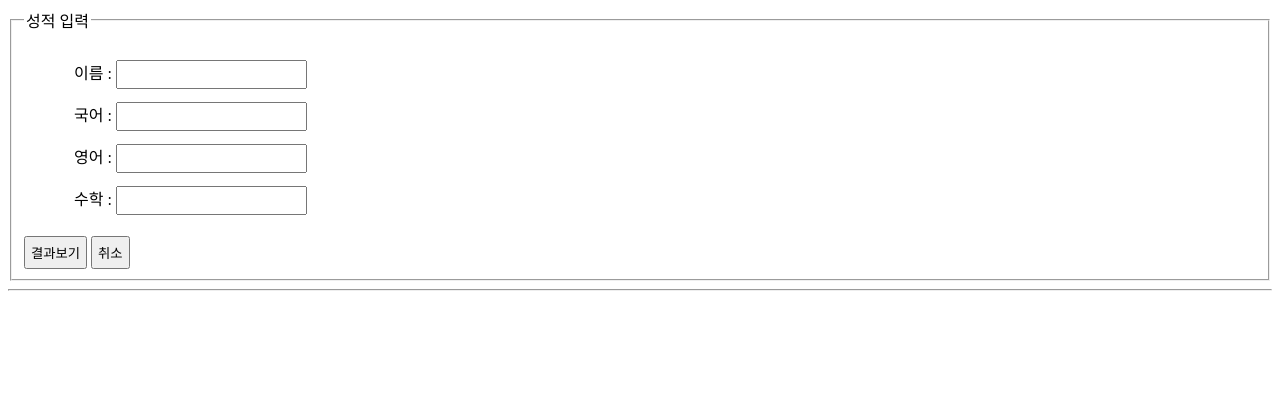
Repository: hagjun/jspstudy
Page: http://localhost/01_servlet/view/ex14.jsp
These files come from the project's save history. The page is drawn as it stood at one moment and after the next save; the edit follows.
The browser window is 1280 px wide. The pictures show the whole page.
The page is served by Tomcat 9.

Above is the page before, as saved 2024-03-06 03:48:58.

After the next save:
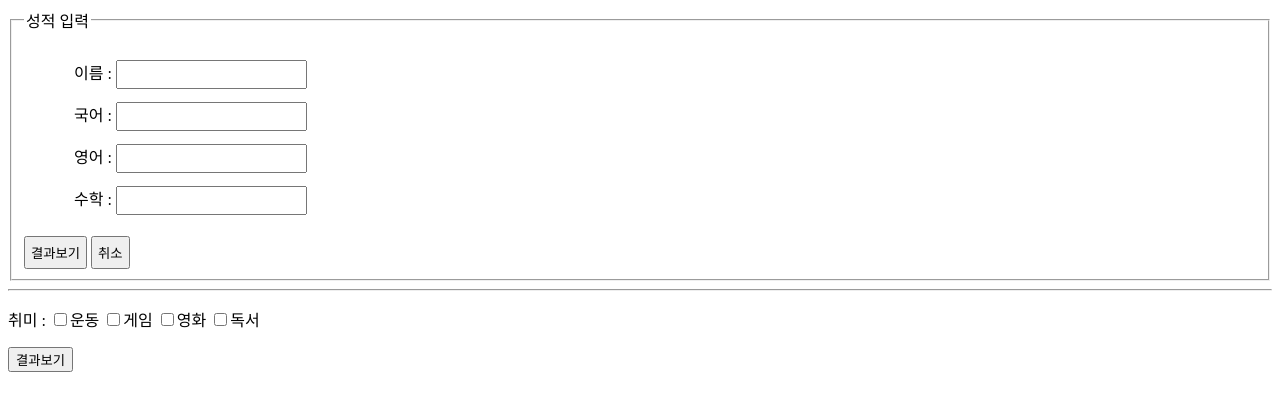
Saved 2 min 12 s later.
--- a/01_servlet/src/main/webapp/view/ex14.jsp
+++ b/01_servlet/src/main/webapp/view/ex14.jsp
@@ -34,6 +34,15 @@
 	</form>
 	<hr>
 
-	<form action="/01_servlet/Ex14" method="post" id="myform2"></form>
+	<form action="/01_servlet/Ex14" method="post" id="myform2">
+		<p>취미 :
+			<input type="checkbox" name="hobby" value="운동">운동
+			<input type="checkbox" name="hobby" value="게임">게임
+			<input type="checkbox" name="hobby" value="영화">영화
+			<input type="checkbox" name="hobby" value="독서">독서
+		</p>
+
+		<input type="submit" value="결과보기">
+	</form>
 </body>
 </html>
